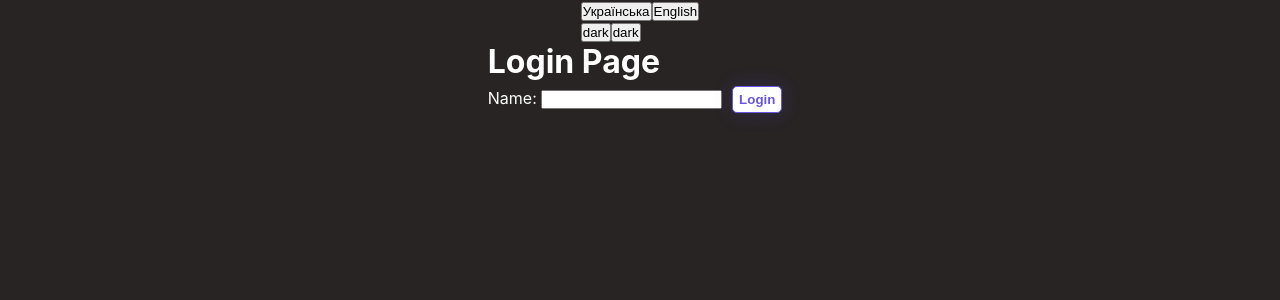
Repository: Novoselets28/star-wars-hooks
Page: /
An editor plug-in stored every save of this project. The page is shown before and after the next save, followed by the edit.
The browser window is 1280 px wide. The pictures show the whole page.
The project was rebuilt for these pictures with package versions that can differ from the ones it lists, and the page was loaded fresh each time. Also part of the build but not shown: src/components/HomePage.jsx, src/components/People/CurrentPeople.jsx, src/components/People/PeopleList.jsx, src/components/People/People.jsx, src/components/Planets/CurrentPlanet.jsx, src/components/Planets/PlanetsList.jsx, src/components/Planets/Planets.jsx, src/components/Starships/CurrentStarship.jsx and 4 more.

Above is the page before, as saved 2023-03-27 19:41:28.

### src/index.js
import React from 'react';
import ReactDOM from 'react-dom/client';
import './index.css';
import App from './App';
import reportWebVitals from './reportWebVitals';
import { BrowserRouter } from 'react-router-dom';



const root = ReactDOM.createRoot(document.getElementById('root'));
root.render(
  <React.StrictMode>
    <BrowserRouter>
      <App />
    </BrowserRouter>
  </React.StrictMode>
);

// If you want to start measuring performance in your app, pass a function
// to log results (for example: reportWebVitals(console.log))
// or send to an analytics endpoint. Learn more: https://bit.ly/CRA-vitals
reportWebVitals();

### src/App.js
import React, { createContext, useState } from 'react';
import { Route, Routes } from 'react-router';
import './App.css'
import Header from './components/Header';
import HomePage from './components/HomePage';
import People from './components/People/People';
import Planets from './components/Planets/Planets';
import Starships from './components/Starships/Starships';
import LoginPage from './components/LoginPage';
import RequireAuth from './hoc/RequireAuth';
import AuthProvider from './hoc/AuthProvider'
import Layout from './components/Layout';
import ErrorPage from './components/ErrorPage';



export const ThemeContext = createContext();
export const LangContext = createContext(null)

function App() {

  const [theme, setTheme] = useState("dark");

  const [currentLang, setCurrentLang] = useState("eng")


  return (
          <div className={`container-${theme}`}>
            <LangContext.Provider value={{currentLang, setCurrentLang}}>
              <ThemeContext.Provider value={{theme,setTheme}}>
                <AuthProvider>
                  <Header/>
                  <Routes>
                      <Route path="login" element={<LoginPage/>}/>
                      <Route path='*' element={<ErrorPage/>} />
                      <Route path='/' element={
                        <RequireAuth>
                          <Layout />
                        </RequireAuth>
                      }/>
                      <Route path="home" element={
                        <RequireAuth>
                          <HomePage />
                        </RequireAuth>
                      }/>
                      <Route path="people" element={
                        <RequireAuth>
                          <People />
                        </RequireAuth>
                      }/>
                      <Route path="planets" element={
                        <RequireAuth>
                          <Planets/>
                        </RequireAuth>
                      } />
                      <Route path="starships" element={
                        <RequireAuth>
                          <Starships/>
                        </RequireAuth>
                      } />
                  </Routes>
                </AuthProvider>
              </ThemeContext.Provider>
            </LangContext.Provider>
            </div>

  );
}

export default App;

### src/App.css
*{
  margin: 0;
  padding: 0;
}

.header{
  display: flex;
  justify-content: space-around;
  width: 100vw;
}

.navigate-block{
  display: flex;
}

header a{
  text-decoration: none;
  font-family: sans-serif;
  display: inline-block;
  color: #fff;
  padding: 10px 20px;
  background-color: rgb(48, 48, 61);
  border-bottom: 5px solid #f4ce28;
}

.container-dark {
  background-color: rgb(40, 36, 36);
  color: #fff;
  width: 100vw;
  height: 100vh;
  display: flex;
  flex-direction: column;
  align-items: center;
}

.container-light {
  background-color: rgb(171, 163, 163);
  color: #fff;
  width: 100vw;
  height: 100vh;
  display: flex;
  flex-direction: column;
  align-items: center;

}

.item-block{
  width: 240px;
  text-align: center;
}

.item-block button{
  cursor: pointer;
  border: none;
  border-radius: 25px;
  font-weight: 600;
  margin: 10px 10px;
  width: 50px;
  padding: 10px 0;
  box-shadow: 0 0 20px rgba(104, 85, 224, 0.2);
  transition: 0.4s;
  color: rgb(104, 85, 224);
  background-color: rgba(255, 255, 255, 1);
  border: 1px solid rgba(104, 85, 224, 1);
}

.item-block button:hover{
  color: white;
  box-shadow: 0 0 20px rgba(104, 85, 224, 0.6);
  background-color: rgba(104, 85, 224, 1);
}

.item-list{
  text-align: center;
}

.selected-item {
  background-color: rgb(56, 55, 55);
  margin: 15px;
  border: 3px solid rgb(103, 101, 101);
}

h2{
  color: rgb(8, 120, 8);
  cursor: pointer;
}

h2:hover{
  text-decoration: underline;
}

ul{
  background-color: rgb(56, 55, 55);
}

li{
  list-style: none;
  border: 1px solid rgb(103, 101, 101);
  cursor: pointer;
}

li:hover{
  box-shadow: 0 0 20px rgba(85, 85, 86, 0.6);
}

.button-box-theme{
  display: flex;
  width: 90px;
  height: 22px;
  margin: 10px 20px;
  position: relative;
  border-radius: 30px;
  background: #fff;
}

.button-box-lang{
  display: flex;
  width: 130px;
  height: 22px;
  margin: 10px 20px;
  position: relative;
  border-radius: 30px;
  background: #fff;
}

.btn-dark{
  padding: 5px;
  width: 45px;
  height: 22px;
  cursor: pointer;
  background: #e67e22;
  border: 0;
  border-radius: 30px;
  outline: none;
  transition: 0.2s;
  text-align: center;
}

.btn-light{
  padding: 5px;
  width: 45px;
  height: 22px;
  cursor: pointer;
  background: transparent;
  border: 0;
  outline: none;
  text-align: center;
}

.active{
  padding: 5px;
  width: 75px;
  height: 22px;
  cursor: pointer;
  background: linear-gradient(to right, yellow 50%, rgb(0, 166, 255) 50%);
  border: 0;
  border-radius: 30px;
  outline: none;
  transition: 0.2s;
  text-align: center;
}

.not-active{
  padding: 5px;
  width: 75px;
  height: 22px;
  cursor: pointer;
  background: transparent;
  border: 0;
  outline: none;
  text-align: center;
}

.home-page{
  text-align: center;
  padding: 20px 0;
}

.home-page button{
  cursor: pointer;
  border: 0;
  border-radius: 4px;
  font-weight: 600;
  margin: 10px 10px;
  width: 200px;
  padding: 10px 0;
  box-shadow: 0 0 20px rgba(104, 85, 224, 0.2);
  transition: 0.4s;
  color: rgb(104, 85, 224);
  background-color: rgba(255, 255, 255, 1);
  border: 1px solid rgba(104, 85, 224, 1);
}

.home-page button:hover{
    color: white;
    box-shadow: 0 0 20px rgba(104, 85, 224, 0.6);
    background-color: rgba(104, 85, 224, 1);
}

form button{
  cursor: pointer;
  border-radius: 5px;
  font-weight: 600;
  margin: 5px 10px;
  width: 50px;
  padding: 5px 0;
  box-shadow: 0 0 20px rgba(104, 85, 224, 0.2);
  transition: 0.4s;
  color: rgb(104, 85, 224);
  background-color: rgba(255, 255, 255, 1);
  border: 1px solid rgba(104, 85, 224, 1);
}

form button:hover{
  color: white;
  box-shadow: 0 0 20px rgba(104, 85, 224, 0.6);
  background-color: rgba(104, 85, 224, 1);
}

form input{
  cursor: pointer;
}

#error-page {
  text-align: center;
}

### src/components/Header.jsx
import React, { useContext } from 'react';
import { LangContext, ThemeContext } from '../App';




function Header() {
  const { language, setLanguage} = useContext(LangContext);
  const {theme , setTheme} = useContext(ThemeContext)






  return (
    <div>
      <div className="toggle__lang">
        <button className={language==="ukr" ? "active" : ""} onClick={()=>setLanguage("ukr")}>Українська</button>
        <button className={language==="eng" ? "active" : ""} onClick={()=>setLanguage("eng")}>English</button>
      </div>
      <div className="toggle__lang">
        <button className={theme==="light" ? "dark" : ""} onClick={()=>setTheme("ukr")}>{theme}</button>
        <button className={theme==="dark" ? "light" : ""} onClick={()=>setTheme("eng")}>{theme}</button>
      </div>
    </div>
  );
}

export default Header;

### src/components/LoginPage.jsx
import { useLocation, useNavigate } from "react-router-dom";
import { useAuth } from "../hook/useAuth";

const LoginPage = () => {
  const navigate = useNavigate();
  const location = useLocation();

  const {signin} = useAuth();

  const fromPage = location.state?.from?.pathname || '/';

  const handleSubmit = (event) => {
    event.preventDefault();
    const form = event.target;
    const user = form.username.value;

    signin(user, ()=> navigate(fromPage, {replace: true}))
  }

  return (
    <div>
      <h1>Login Page</h1>
      <form onSubmit={handleSubmit}>
        <label>
          Name: <input name="username"/>
        </label>
        <button type="submit">Login</button>
      </form>
    </div>
  )
};

export default LoginPage;

### src/hoc/RequireAuth.jsx
import {useLocation, Navigate} from 'react-router-dom'


const RequireAuth = ({children}) =>{
    const location = useLocation();
    const auth = false;

    if(!auth){
        return <Navigate to='/login' state={{from:location}}/>
    }

    return children
}

export default RequireAuth;

### src/hoc/AuthProvider.jsx
import { createContext, useState } from "react";

export const AuthContext = createContext(null);

const AuthProvider = ({children}) => {

    const [user, setUser] = useState(null);

    const signin = (newUser, cb) =>{
        setUser(newUser);
        cb();
    }

    const signout = (cb) =>{
        setUser(null);
        cb();
    }

    const value = {user, signin, signout}


    return <AuthContext.Provider value={value}>
        {children}
    </AuthContext.Provider>
}

export default AuthProvider;

### src/hook/useAuth.jsx
import { useContext } from 'react'
import { AuthContext } from '../hoc/AuthProvider'

export function useAuth() {
  return useContext(AuthContext)
}

Loaded but not shown: public/index.html (common file); src/index.css (common file); src/reportWebVitals.js (common file)

After the next save:
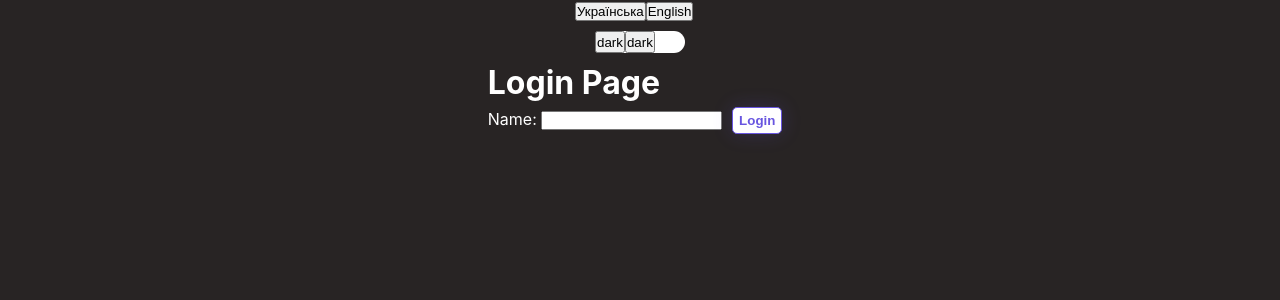
Saved 96 s later.
--- a/src/components/Header.jsx
+++ b/src/components/Header.jsx
@@ -19,7 +19,7 @@ function Header() {
         <button className={language==="ukr" ? "active" : ""} onClick={()=>setLanguage("ukr")}>Українська</button>
         <button className={language==="eng" ? "active" : ""} onClick={()=>setLanguage("eng")}>English</button>
       </div>
-      <div className="toggle__lang">
+      <div className="button-box-theme">
         <button className={theme==="light" ? "dark" : ""} onClick={()=>setTheme("ukr")}>{theme}</button>
         <button className={theme==="dark" ? "light" : ""} onClick={()=>setTheme("eng")}>{theme}</button>
       </div>
